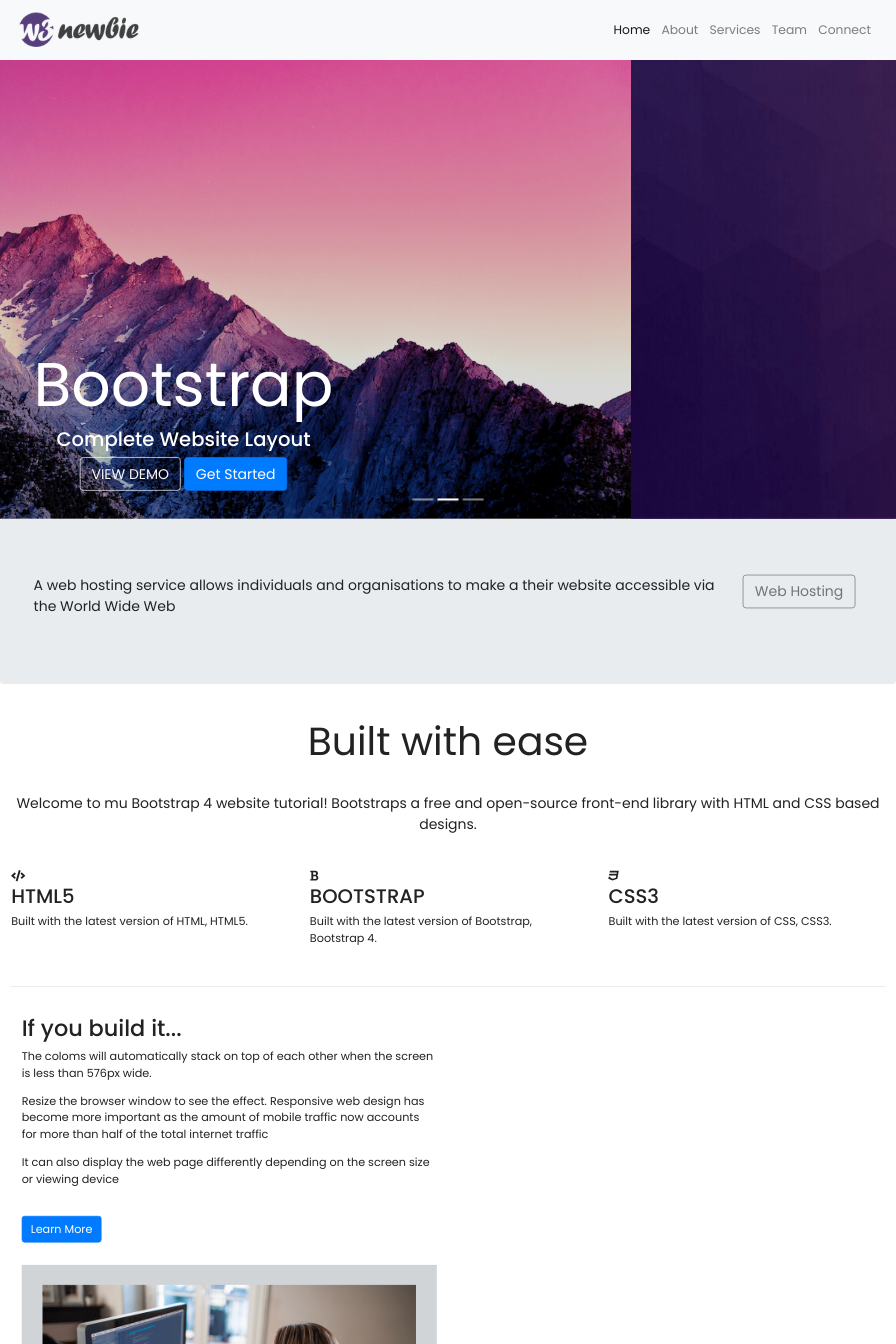
Repository: rkyankya/Bootstrap-1
Page: index.html
The author's editor kept a copy of each file at every save. The page is drawn from the files as they stood at one save, then again after the next save.
The browser window is 1280 px wide. The pictures show the part of the page from y = 0 to 1920 px (the page is 4552 px tall), at 70% of full size.
Some web libraries are served in a nearby version.

Above is the page before, as saved 2019-12-18 12:35:30.

After the next save:
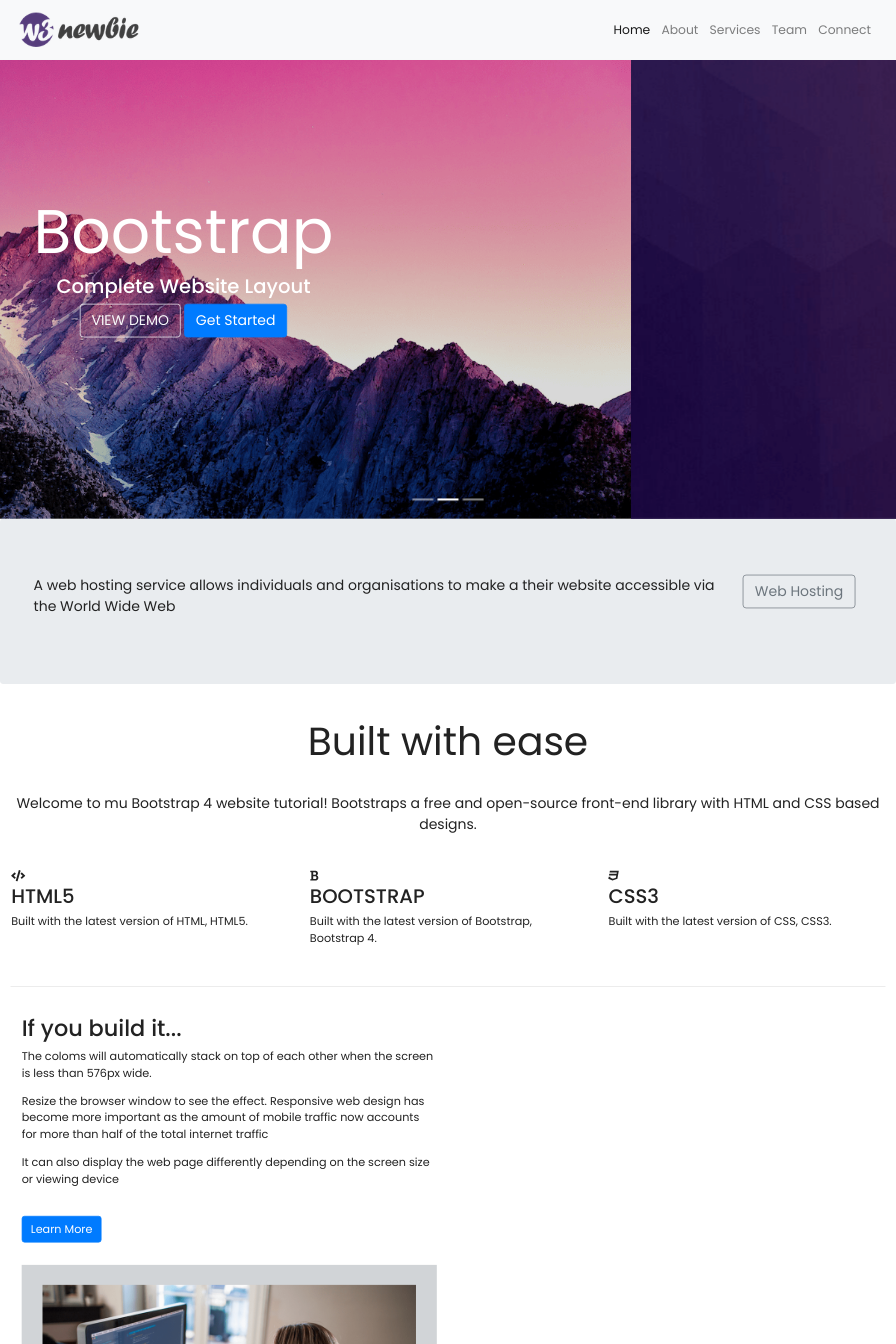
Saved 4 min 55 s later.
--- a/style.css
+++ b/style.css
@@ -18,6 +18,16 @@ body {
 .carousel-inner img {
     width: 100%;
     height: 100%;
+}
+
+.carousel-caption {
+    position: absolute;
+    top: 50%;
+    transform: translateY(-50%);
+    -webkit-transform: translateY(-50%);
+    -moz-transform: translateY(-50%);
+    -ms-transform: translateY(-50%);
+    -o-transform: translateY(-50%);
 }
 
 
